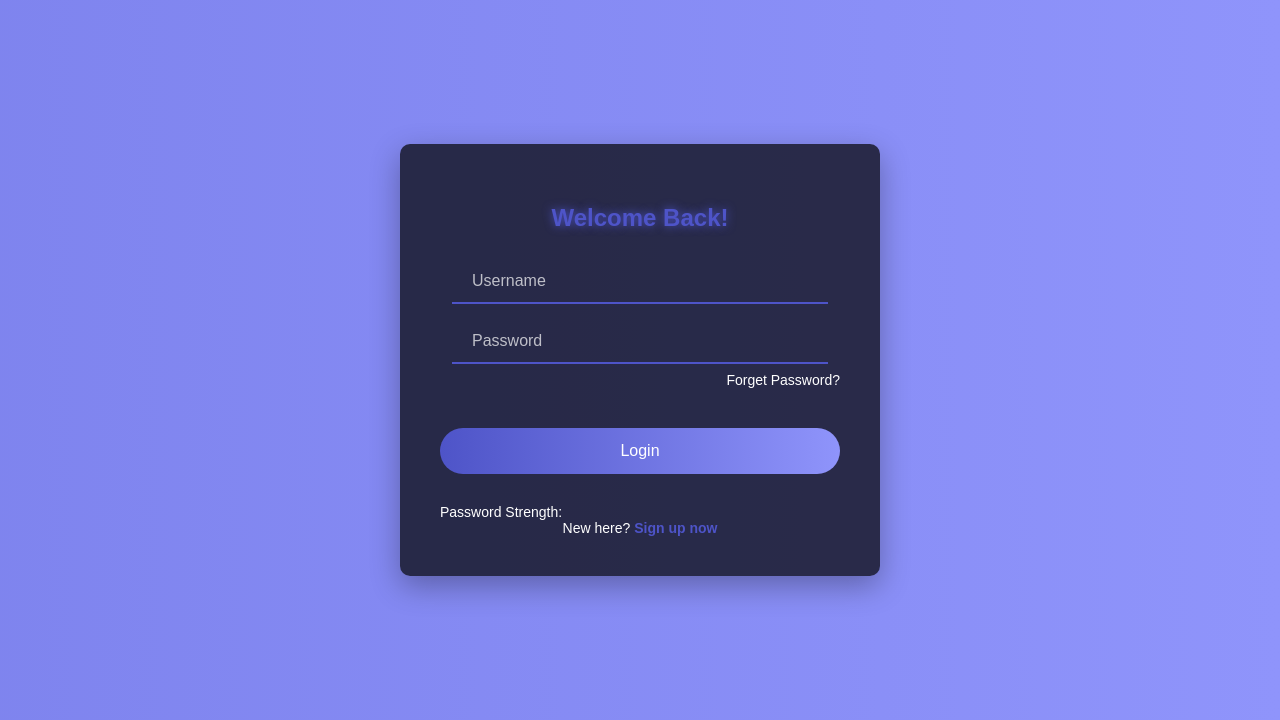
Repository: Acharya-Keerthana/Education
Page: http://localhost/login.php
An editor plug-in stored every save of this project. The page is shown before and after the next save, followed by the edit.
The browser window is 1280 px wide. The pictures show the whole page.
The page is run by PHP 8.4 with error messages shown; the project is at /var/www/html/.

Above is the page before, as saved 2024-04-11 19:10:57.

### reglog/login.php
<?php
// XAMPP database connection parameters
$servername = "localhost"; // Change this to your database server name (usually localhost)
$username = "root"; // Change this to your database username (usually root)
$password = ""; // Change this to your database password (if any)
$dbname = "your_database_name"; // Change this to your database name

// Establishing connection to the database
$conn = new mysqli($servername, $username, $password, $dbname);

// Check connection
if ($conn->connect_error) {
    die("Connection failed: " . $conn->connect_error);
}

// Start the session
session_start();

// Check if the form is submitted using POST method
if ($_SERVER["REQUEST_METHOD"] == "POST") {
    // Check if the form fields are set and not empty
    if (isset($_POST["username"]) && isset($_POST["password"]) && !empty($_POST["username"]) && !empty($_POST["password"])) {
        $username = $_POST["username"];
        $password = $_POST["password"];

        // Validate the username and password (you can replace this with your own validation logic)
        if ($username === "admin" && $password === "password") {
            // Successful login, set the session variable for the username
            $_SESSION["username"] = $username;

            // Redirect to dashboard
            header("Location: dashboard.php");
            exit();
        } else {
            // Invalid credentials, display an error message
            $notification = "Invalid username or password";
        }
    } else {
        // Handle empty form fields
        $notification = "Please enter both username and password";
    }
}

// Set the notification message if it's set in the session
if (isset($_SESSION["notification"])) {
    $notification = $_SESSION["notification"];
    unset($_SESSION["notification"]); // Clear the notification from the session
}

// Check if the user is logged in
if (isset($_SESSION["username"])) {
    // Fetch user-specific data from the database
    $loggedInUser = $_SESSION["username"];
    $sql = "SELECT * FROM users WHERE username = '$loggedInUser'";
    $result = $conn->query($sql);

    if ($result->num_rows > 0) {
        // User found, display user-specific data
        $row = $result->fetch_assoc();
        $userId = $row["id"];
        $userEmail = $row["email"];
    } else {
        // User not found, display an error message
        $notification = "User data not found";
    }
}

?>


<!DOCTYPE html>
<html lang="en">

<head>
  <meta charset="UTF-8">
  <meta name="viewport" content="width=device-width, initial-scale=1.0">
  <title>Login Page</title>
  <style>
    body {
      font-family: Arial, sans-serif;
      margin: 0;
      padding: 0;
      height: 100vh;
      display: flex;
      justify-content: center;
      align-items: center;
      background: linear-gradient(to right, #4e54c8, #8f94fb);
      background-size: 400% 400%;
      animation: gradientAnimation 10s ease infinite alternate;
    }

    @keyframes gradientAnimation {
      0% {
        background-position: 0% 50%;
      }
      50% {
        background-position: 100% 50%;
      }
      100% {
        background-position: 0% 50%;
      }
    }

    .login-container {
      position: relative;
      background-color: rgba(0, 0, 0, 0.7);
      padding: 40px;
      border-radius: 10px;
      box-shadow: 0px 10px 30px rgba(0, 0, 0, 0.3);
      text-align: center;
      animation: fadeInUp 1s ease;
      max-width: 400px;
      width: 90%;
    }

    @keyframes fadeInUp {
      0% {
        opacity: 0;
        transform: translateY(20px);
      }
      100% {
        opacity: 1;
        transform: translateY(0);
      }
    }

    h2 {
      color: #4e54c8;
      font-size: 24px;
      margin-bottom: 20px;
      animation: textShadow 2s ease infinite alternate;
    }

    @keyframes textShadow {
      0% {
        text-shadow: 0 0 5px #8f94fb;
      }
      50% {
        text-shadow: 0 0 10px #4e54c8;
      }
      100% {
        text-shadow: 0 0 5px #8f94fb;
      }
    }

    input[type="text"],
    input[type="password"] {
      width: calc(100% - 24px);
      padding: 12px 20px;
      margin: 8px 0;
      box-sizing: border-box;
      border: none;
      border-bottom: 2px solid #4e54c8;
      background-color: transparent;
      transition: all 0.3s ease;
      font-size: 16px;
      color: #fff;
      outline: none;
    }

    input[type="text"]::placeholder,
    input[type="password"]::placeholder {
      color: rgba(255, 255, 255, 0.7);
    }

    input[type="text"]:focus,
    input[type="password"]:focus {
      border-color: #8f94fb;
    }

    input[type="submit"] {
      background: linear-gradient(to right, #4e54c8, #8f94fb);
      color: white;
      padding: 14px 20px;
      margin: 20px 0;
      border: none;
      border-radius: 25px;
      cursor: pointer;
      width: 100%;
      font-size: 16px;
      transition: all 0.3s ease;
    }

    input[type="submit"]:hover {
      background: linear-gradient(to right, #8f94fb, #4e54c8);
    }

    .forget-password {
      font-size: 14px;
      color: #fff;
      text-align: right;
      margin-bottom: 20px;
      transition: color 0.3s ease;
    }

    .forget-password:hover {
      color: #4e54c8;
    }

    .new-member {
      font-size: 14px;
      color: #fff;
      transition: color 0.3s ease;
    }

    .new-member .sign-up {
      color: #4e54c8;
      text-decoration: none;
      font-weight: bold;
      transition: color 0.3s ease;
    }

    .new-member .sign-up:hover {
      color: #8f94fb;
    }

    .password-strength {
      font-size: 14px;
      color: #fff;
      text-align: left;
      margin-top: 10px;
      transition: color 0.3s ease;
    }

    .weak {
      color: #ff0000;
    }

    .strong {
      color: #00ff00;
    }

    .password-recommendation {
      font-size: 14px;
      color: #fff;
      text-align: left;
      margin-top: 10px;
    }

    .password-recommendation p {
      margin-bottom: 5px;
    }

    .password-recommendation ul {
      list-style-type: none;
      padding: 0;
    }

    .password-recommendation ul li {
      margin-bottom: 5px;
    }

    .password-recommendation .icon {
      margin-right: 5px;
    }

    .password-recommendation .strong {
      color: #00ff00;
    }

    .password-recommendation .highlight {
      color: #ffcc00;
    }

    /* Notification Styles */
    .notification {
      position: fixed;
      top: 20px;
      left: 50%;
      transform: translateX(-50%);
      background-color: #00ff00;
      color: #fff;
      padding: 10px 20px;
      border-radius: 5px;
      animation: fadeInOut 2s ease-in-out;
      z-index: 999;
      display: none;
    }

    @keyframes fadeInOut {
      0% {
        opacity: 0;
      }

      10% {
        opacity: 1;
      }

      90% {
        opacity: 1;
      }

      100% {
        opacity: 0;
      }
    }
  </style>
</head>

<body>

    <!-- PHP code to display notification -->
    <?php if (isset($notification)): ?>
    <div class="notification"><?php echo htmlspecialchars($notification); ?></div>
    <?php endif; ?>


  <div class="login-container">
    <h2>Welcome Back!</h2>
    <form id="login-form">
      <input type="text" id="username" placeholder="Username" required>
      <input type="password" id="password" placeholder="Password" required onkeyup="checkPasswordStrength()">
      <div class="forget-password">Forget Password?</div>
      <input type="submit" value="Login" onclick="showNotification()">
    </form>
    <div class="password-strength" id="password-strength">Password Strength: <span id="password-strength-indicator"></span></div>
    <div class="new-member">New here? <a href="#" class="sign-up">Sign up now</a></div>
  </div>

  <div class="notification" id="notification">Login Successful!</div>

  <script>
    function checkPasswordStrength() {
      let password = document.getElementById("password").value;
      let strengthIndicator = document.getElementById("password-strength-indicator");

      let strength = "Weak";
      let colorClass = "weak";
      let strongRegex = new RegExp("^(?=.*[a-z])(?=.*[A-Z])(?=.*[0-9])(?=.*[!@#$%^&*])(?=.{8,})");
      let mediumRegex = new RegExp("^(?=.*[a-z])(?=.*[A-Z])(?=.*[0-9])(?=.{6,})");

      if (strongRegex.test(password)) {
        strength = "Strong";
        colorClass = "strong";
      } else if (mediumRegex.test(password)) {
        strength = "Medium";
      }

      strengthIndicator.innerText = strength;
      strengthIndicator.className = colorClass;
    }

    function showNotification() {
      let notification = document.getElementById("notification");
      notification.style.display = "block";
      setTimeout(function() {
        notification.style.display = "none";
      },3000); // Hide notification after 3 seconds
    }
  </script>

</body>

</html>

After the next save:
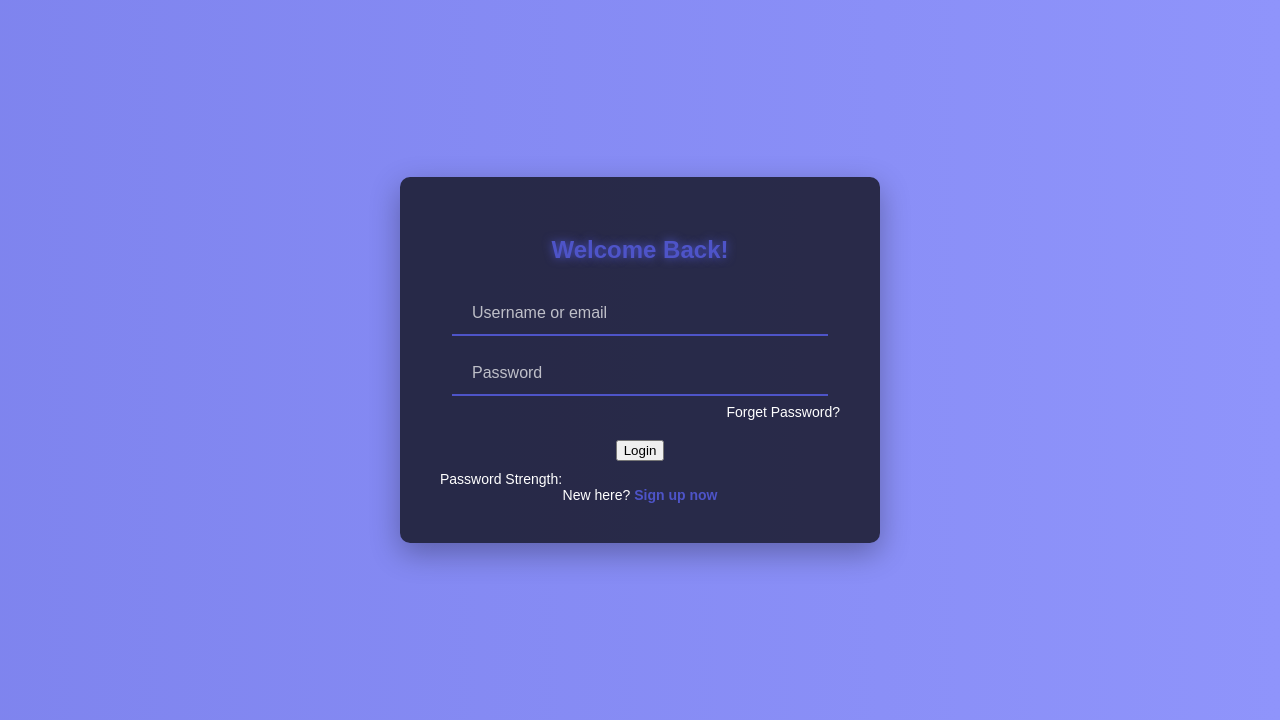
Saved 4 min 56 s later.
--- a/reglog/login.php
+++ b/reglog/login.php
@@ -299,19 +299,16 @@ if (isset($_SESSION["username"])) {
 
 <body>
 
-    <!-- PHP code to display notification -->
-    <?php if (isset($notification)): ?>
-    <div class="notification"><?php echo htmlspecialchars($notification); ?></div>
-    <?php endif; ?>
+
 
 
   <div class="login-container">
     <h2>Welcome Back!</h2>
-    <form id="login-form">
-      <input type="text" id="username" placeholder="Username" required>
+    <form action="" class="" method="post" autocomplete="off" id="login-form">
+      <input type="text" id="usernameemail" name="usernameemail" placeholder="Username or email" required value="">
       <input type="password" id="password" placeholder="Password" required onkeyup="checkPasswordStrength()">
       <div class="forget-password">Forget Password?</div>
-      <input type="submit" value="Login" onclick="showNotification()">
+      <button type="submit" name="submit" onclick="showNotification()">Login</button>
     </form>
     <div class="password-strength" id="password-strength">Password Strength: <span id="password-strength-indicator"></span></div>
     <div class="new-member">New here? <a href="#" class="sign-up">Sign up now</a></div>
